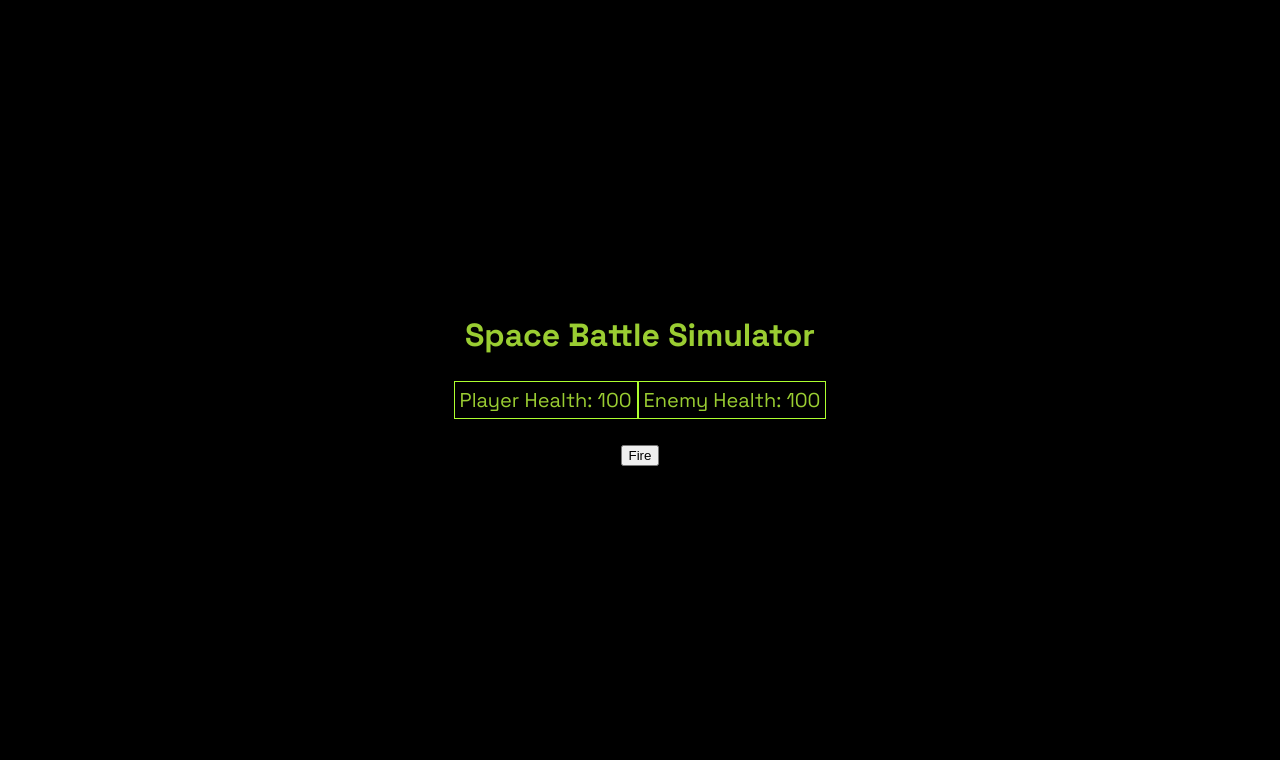
Repository: rmdayberry/Space-Battle
Page: /
An editor plug-in stored every save of this project. The page is shown before and after the next save, followed by the edit.
The browser window is 1280 px wide. The pictures show the whole page.
The project was rebuilt for these pictures with package versions that can differ from the ones it lists, and the page was loaded fresh each time. Also part of the build but not shown: vite.config.js, src/App.css.

Above is the page before, as saved 2024-08-24 10:50:38.

### index.html
<!DOCTYPE html>
<html lang="en">
  <head>
    <meta charset="UTF-8" />
    <link rel="icon" type="image/svg+xml" href="/vite.svg" />
    <meta name="viewport" content="width=device-width, initial-scale=1.0" />
    <title>Space Battle</title>
  </head>
  <body>
    <div id="root"></div>
    <script type="module" src="/src/main.jsx"></script>
  </body>
</html>

### src/App.jsx
import { useState } from "react";
import "./App.css";
import "./index.css";
import Health from "./Health";
import GameController from "./GameController";

function App() {
  const [playerHealth, setPlayerHealth] = useState(100);
  const [enemyHealth, setEnemyHealth] = useState(100);
  const [gameStatus, setGameStatus] = useState("playing");

  const handleFire = (playerDamage, enemyDamage) => {
    const newPlayerHealth = Math.max(playerHealth - playerDamage, 0);
    const newEnemyHealth = Math.max(enemyHealth - enemyDamage, 0);

    setPlayerHealth(newPlayerHealth);
    setEnemyHealth(newEnemyHealth);

    if (newPlayerHealth === 0 && newEnemyHealth === 0) {
      setGameStatus("draw");
    } else if (newPlayerHealth === 0) {
      setGameStatus("loss");
    } else if (newEnemyHealth === 0) {
      setGameStatus("win");
    }
  };

  const handleRestart = () => {
    setPlayerHealth(100);
    setEnemyHealth(100);
    setGameStatus("playing");
  };
  return (
    <div>
      <h1>Space Battle Simulator</h1>
      <Health playerHealth={playerHealth} enemyHealth={enemyHealth} />
      <GameController
        gameStatus={gameStatus}
        onFire={handleFire}
        onRestart={handleRestart}
      />
    </div>
  );
}

export default App;

### src/index.css
@import url("https://fonts.googleapis.com/css2?family=Space+Grotesk:wght@300..700&display=swap");

body {
  background-color: black;
  font-family: "Space Grotesk", sans-serif;
  color: yellowgreen;
  margin: 0;
  padding: 20px;
  display: flex;
  justify-content: center;
  align-items: center;
  height: 100vh;
}

#root {
  text-align: center;
}

### src/Health.jsx
import React from "react";
import "./Health.css";

function Health({ playerHealth, enemyHealth }) {
  return (
    <div className="health-display">
      <p className="player-health">Player Health: {playerHealth}</p>
      <p className="enemy-health">Enemy Health: {enemyHealth}</p>
    </div>
  );
}

export default Health;

### src/GameController.jsx
import React from "react";

function GameController({ gameStatus, onFire, onRestart }) {
  const handleFireClick = () => {
    const playerDamage = Math.floor(Math.random() * 10) + 1;
    const enemyDamage = Math.floor(Math.random() * 10) + 1;

    onFire(playerDamage, enemyDamage);
  };
  return (
    <div>
      {gameStatus === "playing" && (
        <button onClick={handleFireClick}>Fire</button>
      )}
      {gameStatus !== "playing" && <button onClick={onRestart}>Restart</button>}
      {gameStatus !== "playing" && <p>{gameStatus.toUpperCase()}!</p>}
    </div>
  );
}

export default GameController;

### src/Health.css
.health-display {
  margin: 20px 0;
}
.health-display p {
  font-size: 20px;
  margin: 5px 0;
  display: inline-flex;
}
.player-health {
  border: 1px solid greenyellow;
  padding: 5px;
  margin-right: 5px;
}
.enemy-health {
  border: 1px solid greenyellow;
  padding: 5px;
  margin-left: 5px;
}

Loaded but not shown: src/main.jsx (common file)

After the next save:
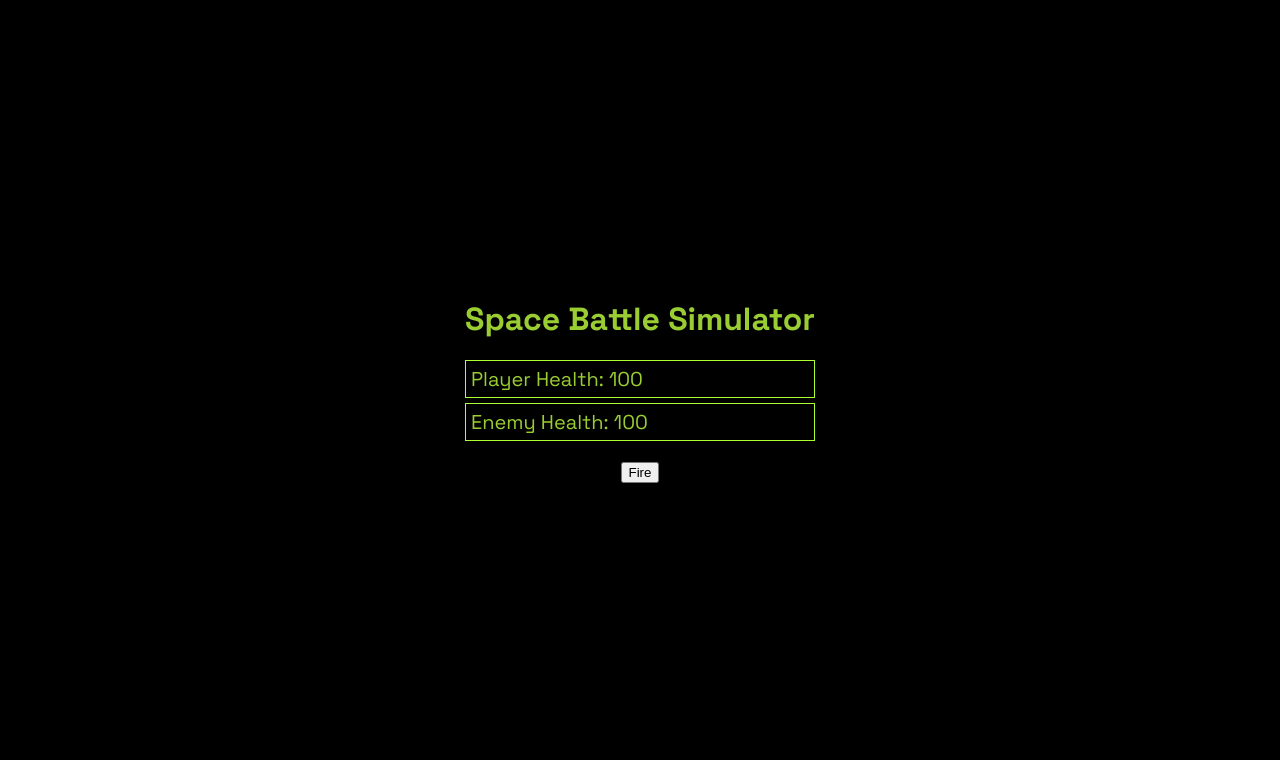
Saved 7 s later.
--- a/src/Health.css
+++ b/src/Health.css
@@ -4,7 +4,7 @@
 .health-display p {
   font-size: 20px;
   margin: 5px 0;
-  display: inline-flex;
+  display: flex;
 }
 .player-health {
   border: 1px solid greenyellow;
